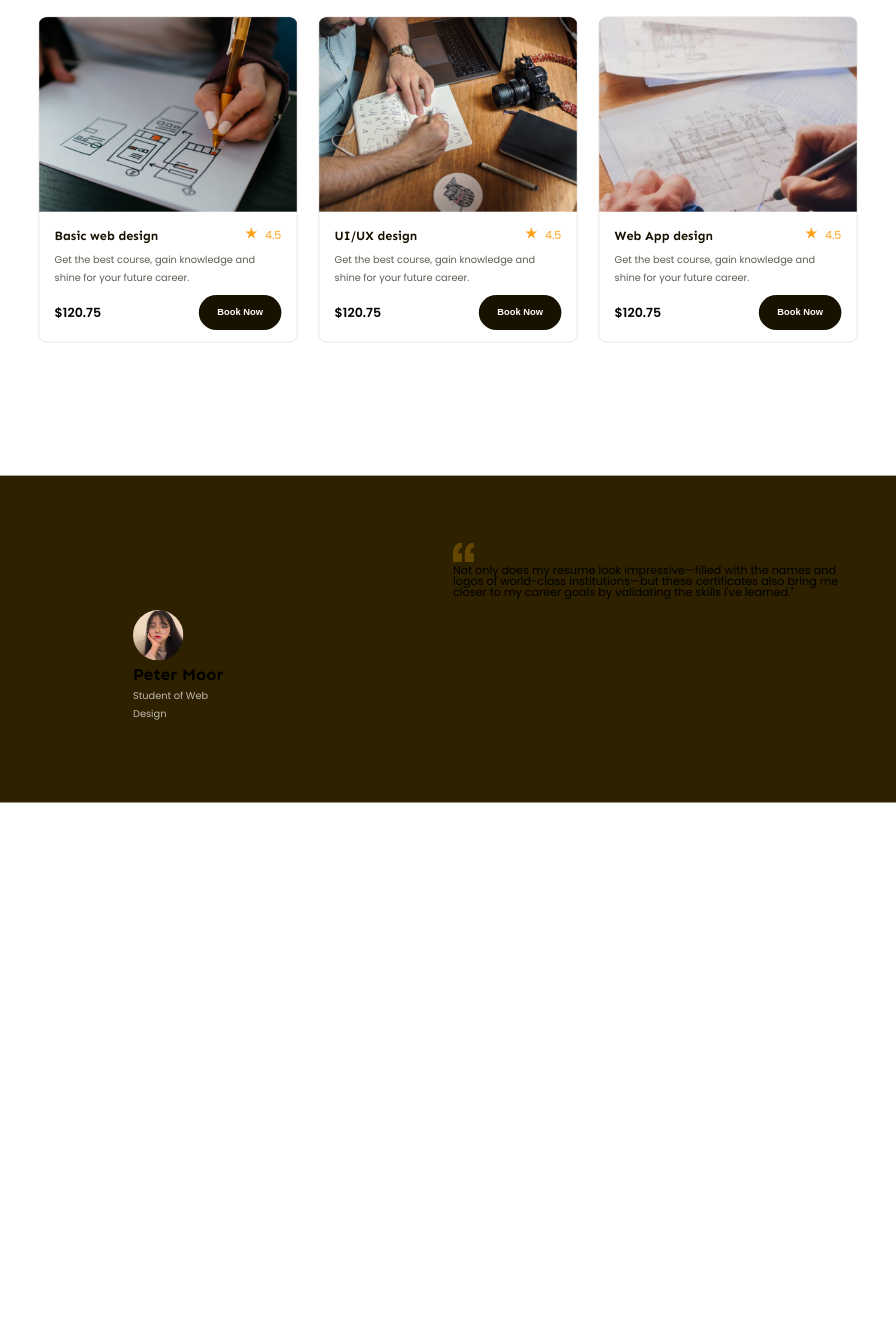
Repository: Toihoclaptrinh/duan1_figma
Page: index.html
The author's editor kept a copy of each file at every save. The page is drawn from the files as they stood at one save, then again after the next save.
The browser window is 1280 px wide. The pictures show the part of the page from y = 1259 to 3179 px (the page is 10000 px tall), at 70% of full size.

Above is the page before, as saved 2024-02-09 23:43:54.

After the next save:
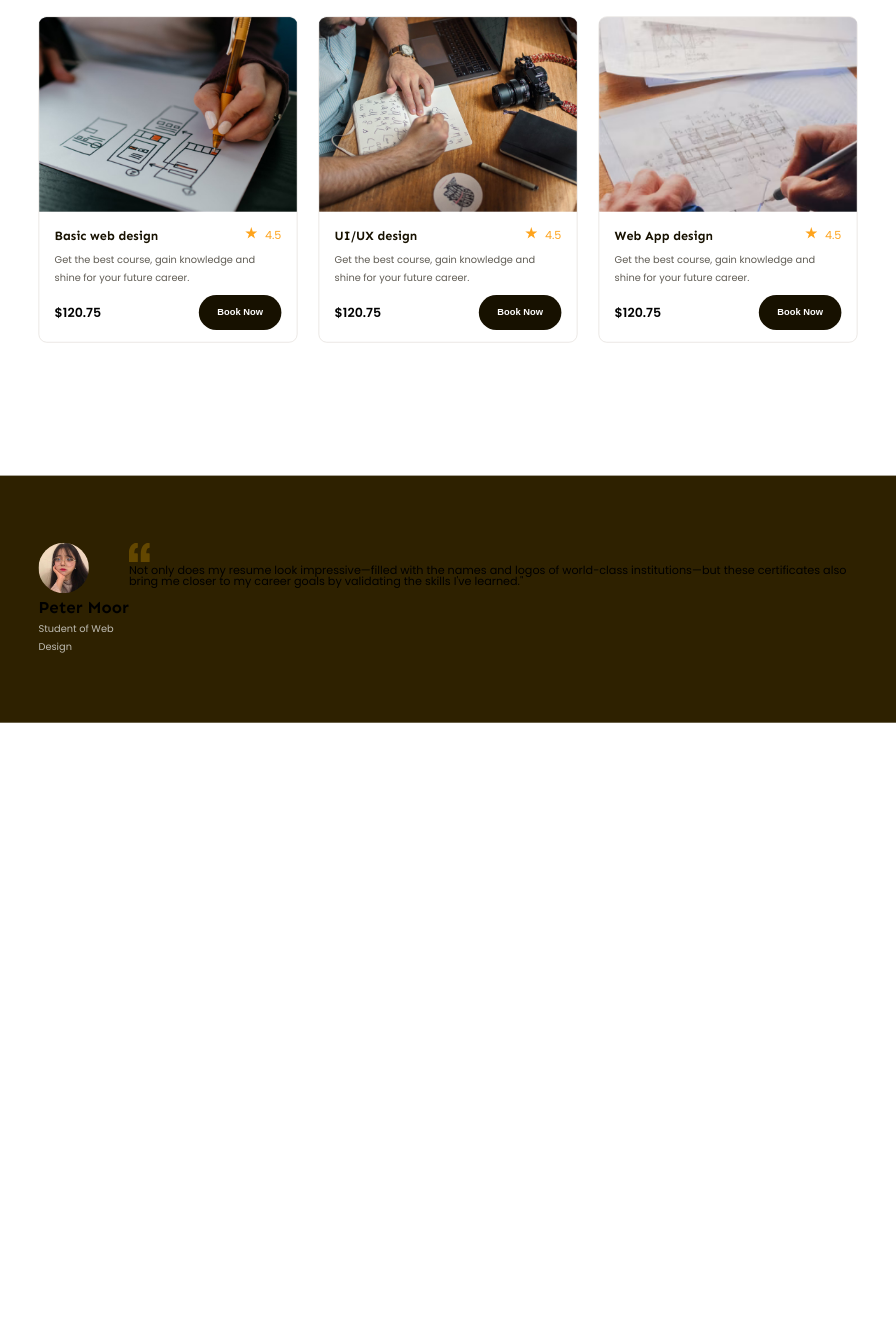
Saved 30 s later.
--- a/assets/css/style.css
+++ b/assets/css/style.css
@@ -421,7 +421,6 @@ a {
 
 .feedback .info {
   width: 159px;
-  margin: 96px 328px 18px 135px;
 }
 
 .feedback .info .avatar {
